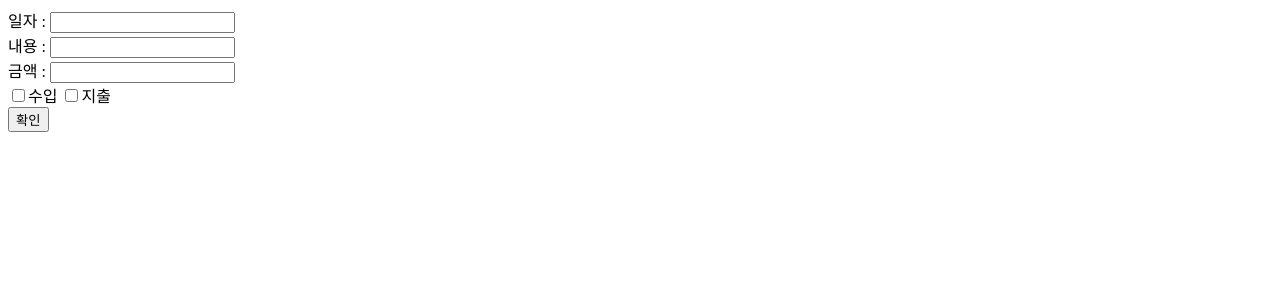
Repository: hus0124/M-IT
Page: http://localhost/pocketMoneyDiary/input.jsp
An editor plug-in stored every save of this project. The page is shown before and after the next save, followed by the edit.
The browser window is 1280 px wide. The pictures show the whole page.
The page is served by Tomcat 9.

Above is the page before, as saved 2020-01-02 05:48:16.

After the next save:
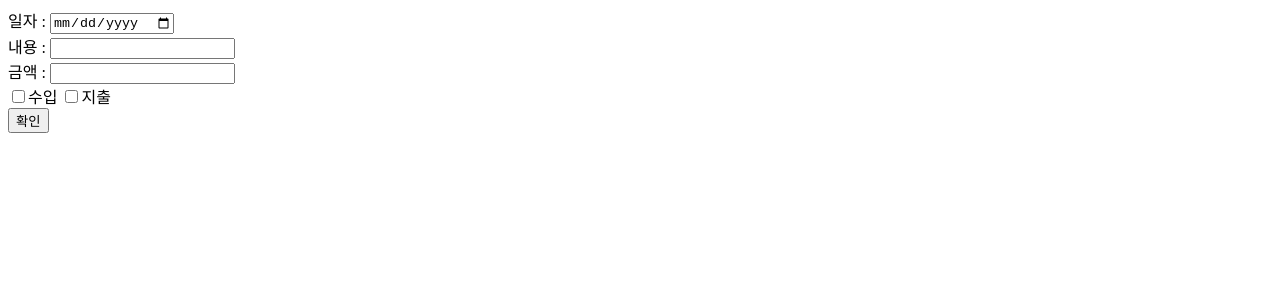
Saved 3 min 29 s later.
--- a/JSP_Workspaces/pocketMoneyDiary/WebContent/input.jsp
+++ b/JSP_Workspaces/pocketMoneyDiary/WebContent/input.jsp
@@ -8,7 +8,7 @@
 </head>
 <body>
 <form action="create.jsp">
-일자 : <input type = "text" name="date"><br>
+일자 : <input type = "date" name="date"><br>
 내용 : <input type = "text" name="content"><br>
 금액 : <input type = "text" name="price"><br>
 <input type="checkbox" name="pricecheck" value="income">수입
